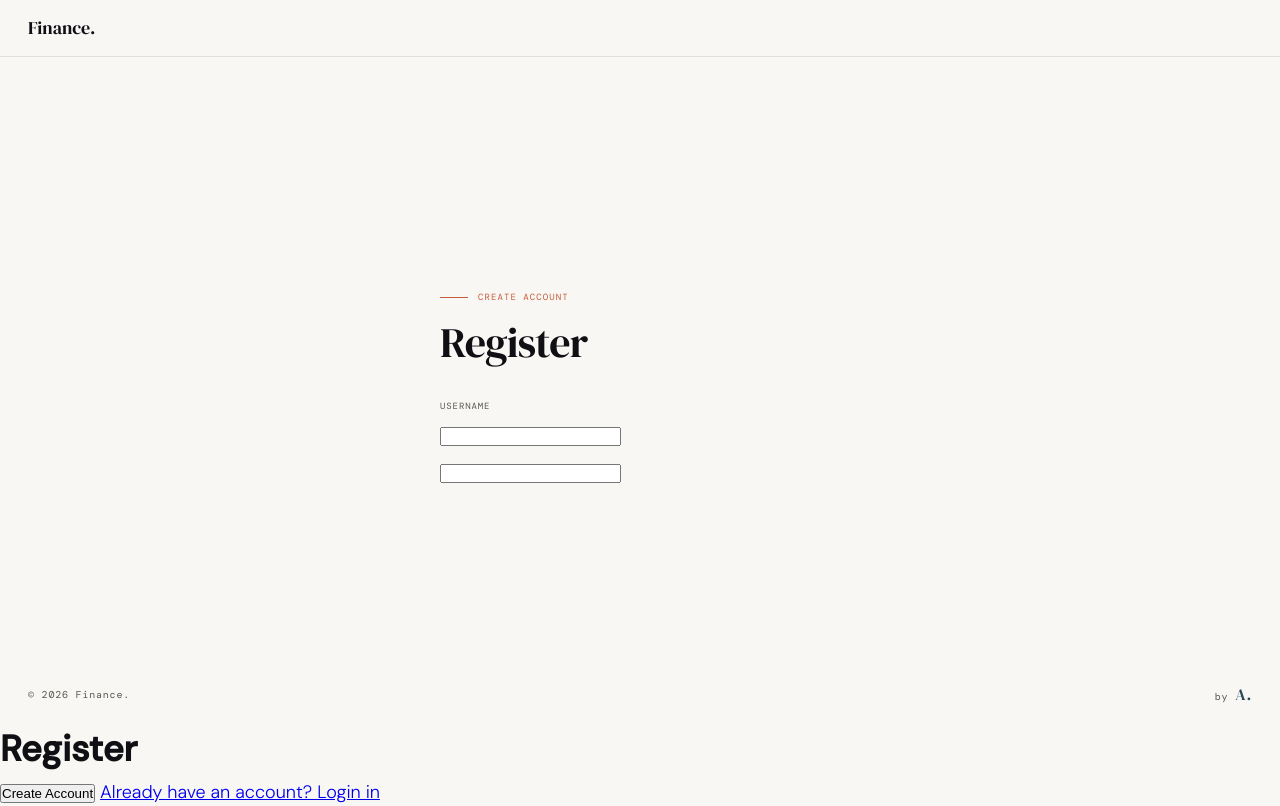
Repository: adtm0/Fined
Page: tracker/templates/tracker/register.html
An editor plug-in stored every save of this project. The page is shown before and after a run of saves, followed by the edit.
The browser window is 1280 px wide. The pictures show the whole page.
Some web fonts or font styles are not loaded; a fallback is used. The template is drawn by Django 4.2. The application's start-up code is not run. The template is opened directly, without the code that normally fills it, so the values that code supplies are empty.

Above is the page before, as saved 2026-05-01 21:47:17.

After the next 4 saves:
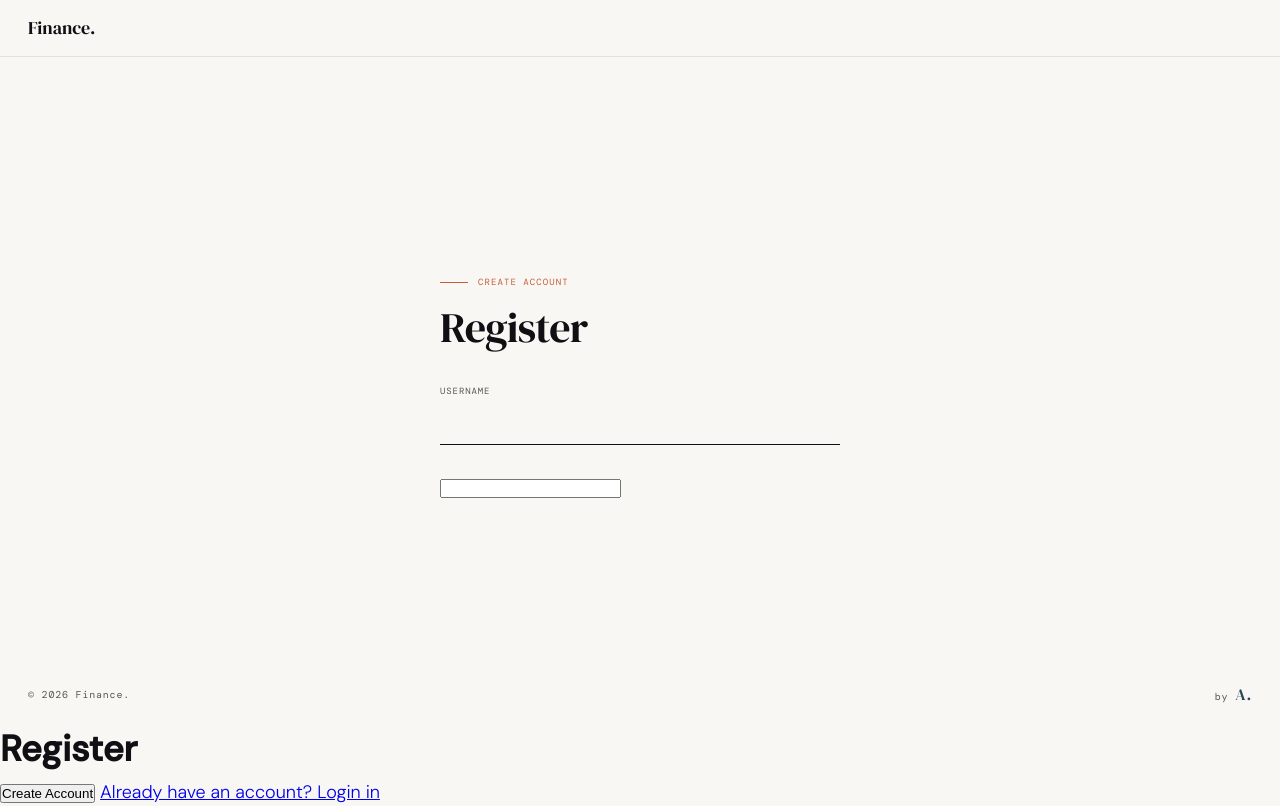
The 4 saves are shown as one change because they came seconds apart.
The last was saved 15 s later.
--- a/tracker/templates/tracker/register.html
+++ b/tracker/templates/tracker/register.html
@@ -15,7 +15,7 @@
     <form method="POST">
       {% csrf_token %}
       <label>Username</label>
-      <input></input>
+      <input type="text" name="username" autofocus></input>
 
       <label></label>
       <input></input>
